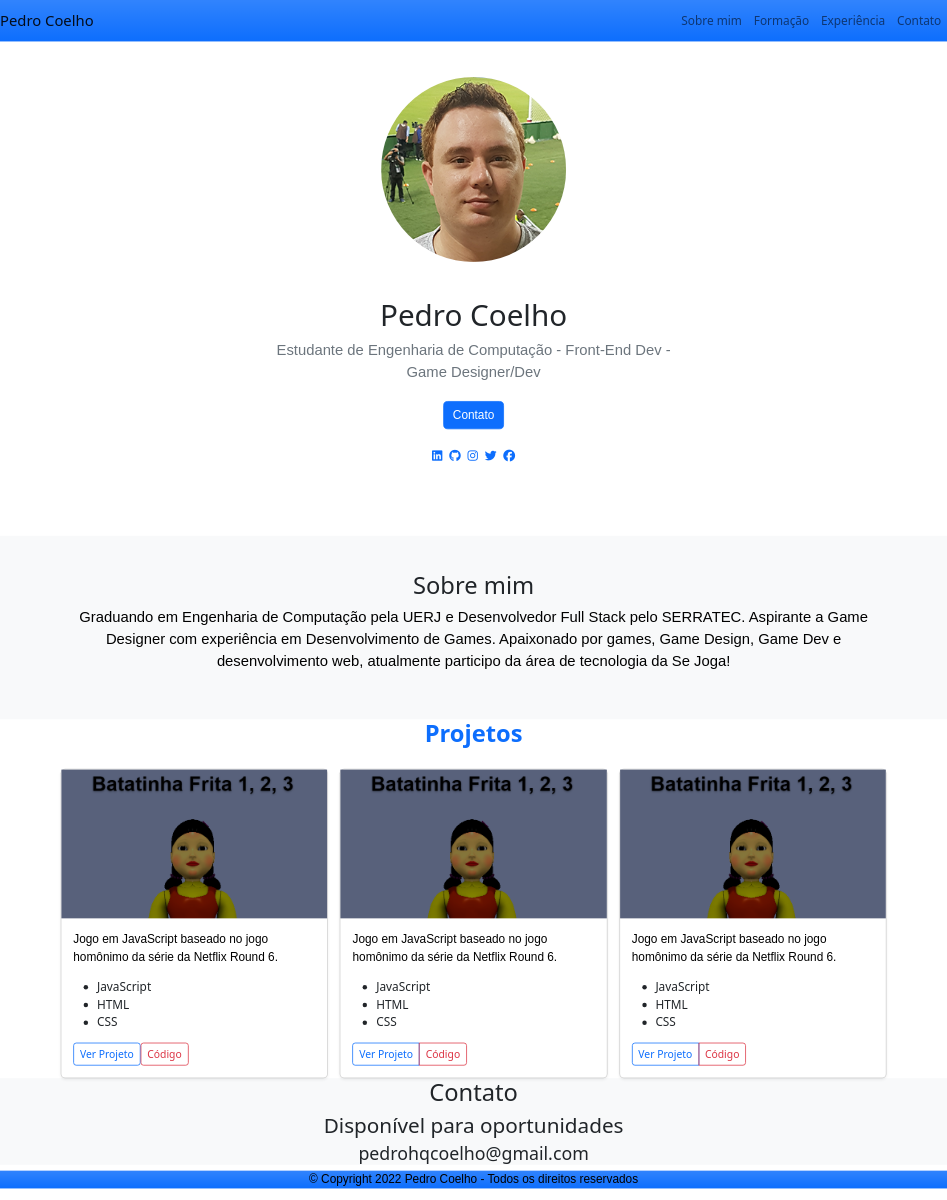
Repository: PedroHQCoelho/portfolio
Page: index.html
An editor plug-in stored every save of this project. The page is shown before and after the next save, followed by the edit.
The browser window is 1280 px wide. The pictures show the whole page, at 74% of full size.
Some web libraries are served in a nearby version.

Above is the page before, as saved 2022-05-26 19:16:33.

### index.html
<!DOCTYPE html>
<html lang="pt-BR">
<head>
    <meta charset="UTF-8">
    <meta http-equiv="X-UA-Compatible" content="IE=edge">
    <meta name="viewport" content="width=device-width, initial-scale=1.0">
    <title>Pedro Coelho - Portfólio</title>
    <link href="https://cdn.jsdelivr.net/npm/bootstrap@5.2.0-beta1/dist/css/bootstrap.min.css" rel="stylesheet" integrity="sha384-0evHe/X+R7YkIZDRvuzKMRqM+OrBnVFBL6DOitfPri4tjfHxaWutUpFmBp4vmVor" crossorigin="anonymous">
    <script src="https://cdn.jsdelivr.net/npm/bootstrap@5.2.0-beta1/dist/js/bootstrap.bundle.min.js" integrity="sha384-pprn3073KE6tl6bjs2QrFaJGz5/SUsLqktiwsUTF55Jfv3qYSDhgCecCxMW52nD2" crossorigin="anonymous"></script>
    <script src="https://cdn.jsdelivr.net/npm/@popperjs/core@2.11.5/dist/umd/popper.min.js" integrity="sha384-Xe+8cL9oJa6tN/veChSP7q+mnSPaj5Bcu9mPX5F5xIGE0DVittaqT5lorf0EI7Vk" crossorigin="anonymous"></script>
    <script src="https://cdn.jsdelivr.net/npm/bootstrap@5.2.0-beta1/dist/js/bootstrap.min.js" integrity="sha384-kjU+l4N0Yf4ZOJErLsIcvOU2qSb74wXpOhqTvwVx3OElZRweTnQ6d31fXEoRD1Jy" crossorigin="anonymous"></script>
    <script src="https://kit.fontawesome.com/65e0a77774.js" crossorigin="anonymous"></script>
    <link rel="stylesheet" href="style.css">
</head>
<body>
    <nav class="navbar navbar-expand-lg navbar-light bg-primary bg-gradient text-white">
        <a class="navbar-brand" href="#">Pedro Coelho</a>
        <button class="navbar-toggler" type="button" data-toggle="collapse" data-target="#navbarSupportedContent" aria-controls="navbarSupportedContent" aria-expanded="false" aria-label="Toggle navigation">
          <span class="navbar-toggler-icon"></span>
        </button>

        <div class="collapse navbar-collapse" id="navbarSupportedContent">
          <ul class="navbar-nav me-auto">

          </ul>
          <ul class="navbar-nav">
            <li class="nav-item">
                <a class="nav-link" href="#">Sobre mim</a>
            </li>
            <li class="nav-item">
                <a class="nav-link" href="#">Formação</a>
            </li>
            <li class="nav-item">
                <a class="nav-link" href="#">Experiência</a>
            </li>
            <li class="nav-item">
                <a class="nav-link" href="#">Contato</a>
            </li>
          </ul>
        </div>
    </nav>

    <section class="py-5 text-center container">
        <img class="foto-perfil" src="img/foto-rosto.png" alt="foto perfil">
        <div class="row py-lg-5">
            <div class="col-lg-6 col-md-8 mx-auto">
            <h1 class="fw-light">Pedro Coelho</h1>
            <p class="lead text-muted">Estudante de Engenharia de Computação - Front-End Dev - Game Designer/Dev</p>
            <p>
              <a href="#" class="btn btn-primary my-2">Contato</a>
            </p>
            <a href="https://www.linkedin.com/in/pedrohqcoelho/" target="_blank" title="Linkedin - Pedro Coelho"><i class="fab fa-linkedin"></i></a>
            <a href="https://github.com/PedroHQCoelho" target="_blank" title="Github - PedroHQCoelho"><i class="icones fab fa-github"></i></a>
            <a href="https://www.instagram.com/pedro.hq.coelho/" target="_blank" title="Instagram - @pedro.hq.coelho"><i class="icones fab fa-instagram"></i></a>
            <a href="https://twitter.com/pedrohqcoelho" target="_blank" title="Twitter - @pedrohqcoelho"><i class="icones fab fa-twitter"></i></a>
            <a href="https://www.facebook.com/pedrohqcoelho" target="_blank" title="Facebook - Pedro Coelho"><i class="icones fab fa-facebook"></i></a>
          </div>
        </div>
    </section>

    <div class="album py-5 bg-light">

        <!--Sobre mim-->

        <section class="jumbotron text-center">
          <div class="container">
            <h2 class="jumbotron-heading">Sobre mim</h2>
            <p class="lead">
              Graduando em Engenharia de Computação pela UERJ e Desenvolvedor Full Stack pelo SERRATEC.
              Aspirante a Game Designer com experiência em Desenvolvimento de Games.
              Apaixonado por games, Game Design, Game Dev e desenvolvimento web, atualmente participo da área de tecnologia da Se Joga!
            </p>
          </div>
        </section>
      </div>

        <!--Projetos-->

        <div class="container">
          <h2 class="jumbotron-heading text-center titulosAzuis">Projetos</h2>
          <div class="row row-cols-1 row-cols-sm-2 row-cols-md-3 g-3">
            <div class="col">
              <div class="card shadow-sm">
                <img src="img/batatinhafrita123.png" alt="">
                <div class="card-body">
                  <p class="card-text">Jogo em JavaScript baseado no jogo homônimo da série da Netflix Round 6.</p>
                  <ul>
                    <li>JavaScript</li>
                    <li>HTML</li>
                    <li>CSS</li>
                  </ul>
                  <div class="d-flex justify-content-between align-items-center">
                    <div class="btn-group">
                      <a href="https://batatinha-frita-1-2-3.netlify.app/" target="_blank" rel="noopener noreferrer">
                        <button type="button" class="btn btn-sm btn-outline-primary">Ver Projeto</button>
                      </a>
                      <a href="https://github.com/PedroHQCoelho/batatinha-frita-1-2-3" target="_blank" rel="noopener noreferrer">
                        <button type="button" class="btn btn-sm btn-outline-danger">Código</button>
                      </a>
                    </div>
                  </div>
                </div>
              </div>
            </div>
            <div class="col">
              <div class="card shadow-sm">
                <img src="img/batatinhafrita123.png" alt="">
                <div class="card-body">
                  <p class="card-text">Jogo em JavaScript baseado no jogo homônimo da série da Netflix Round 6.</p>
                  <ul>
                    <li>JavaScript</li>
                    <li>HTML</li>
                    <li>CSS</li>
                  </ul>
                  <div class="d-flex justify-content-between align-items-center">
                    <div class="btn-group">
                      <button type="button" class="btn btn-sm btn-outline-primary">Ver Projeto</button>
                      <button type="button" class="btn btn-sm btn-outline-danger">Código</button>
                    </div>
                  </div>
                </div>
              </div>
            </div>
            <div class="col">
              <div class="card shadow-sm">
                <img src="img/batatinhafrita123.png" alt="">
                <div class="card-body">
                  <p class="card-text">Jogo em JavaScript baseado no jogo homônimo da série da Netflix Round 6.</p>
                  <ul>
                    <li>JavaScript</li>
                    <li>HTML</li>
                    <li>CSS</li>
                  </ul>
                  <div class="d-flex justify-content-between align-items-center">
                    <div class="btn-group">
                      <button type="button" class="btn btn-sm btn-outline-primary">Ver Projeto</button>
                      <button type="button" class="btn btn-sm btn-outline-danger">Código</button>
                    </div>
                  </div>
                </div>
              </div>
            </div>

          </div>
        </div>

        <!--Contato-->
        <section>
          <div class="container-fluid bg-light">
            <h2 class="jumbotron-heading text-center">Contato</h2>
            <h3 class="text-center">Disponível para oportunidades</h3>
            <h4 class="text-center">pedrohqcoelho@gmail.com</h4>
          </div>
        </section>

        <!--Footer-->
        <footer class="text-center bg-primary bg-gradient">
          <p>© Copyright 2022 Pedro Coelho - Todos os direitos reservados</p>
        </footer>
</body>
</html>

### style.css
.foto-perfil {
    height: 100%;
    width: auto;
    max-width: 100%;
    border-radius: 50%;
}

p {
    font-family:Arial, Helvetica, sans-serif;
    color: black !important;
}

.icones {
    padding-left: 5px;
}

.titulosBrancos {
    text-decoration: underline;
    text-underline-position: below;
    padding-bottom: 20px;
    text-transform: uppercase;
    font-weight: 700;
    color: white;
}

.titulosAzuis {
    padding-bottom: 20px;
    font-weight: 700;
    color: #0d6efd;
}

After the next save:
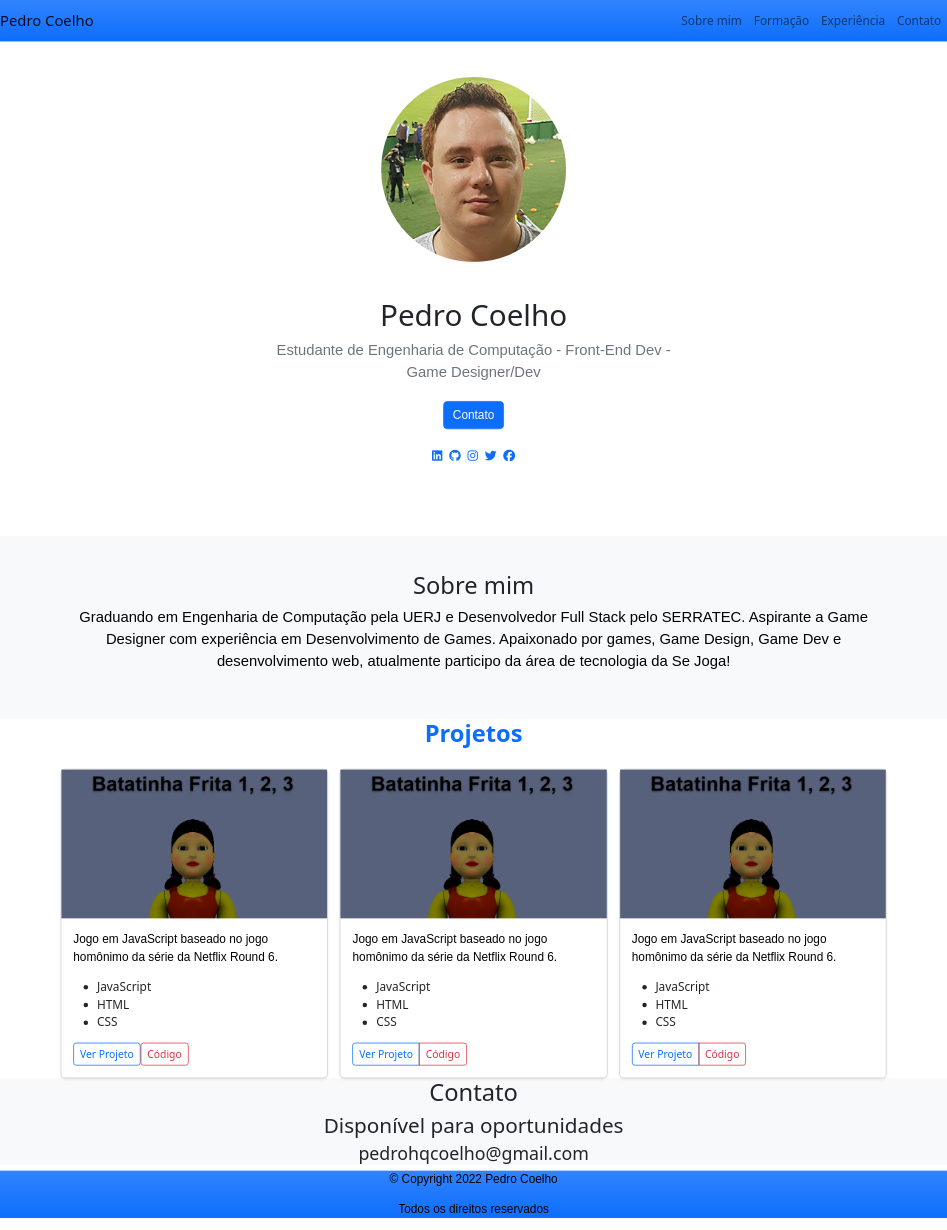
Saved 2 min 35 s later.
--- a/index.html
+++ b/index.html
@@ -155,7 +155,8 @@
 
         <!--Footer-->
         <footer class="text-center bg-primary bg-gradient">
-          <p>© Copyright 2022 Pedro Coelho - Todos os direitos reservados</p>
+          <p>© Copyright 2022 Pedro Coelho</p>
+          <p>Todos os direitos reservados</p>
         </footer>
 </body>
 </html>
